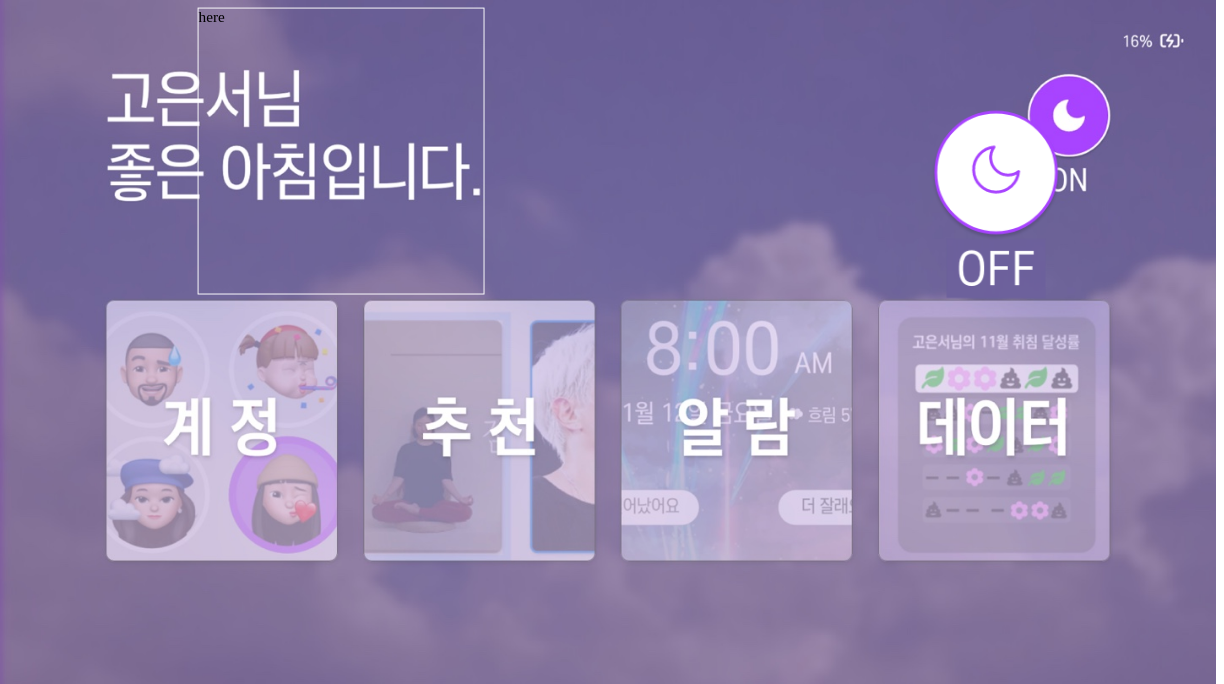
Repository: meanz1/SE_SleepWithMe
Page: SmartTVWorkspace/testapp/button.html
These files come from the project's save history. The page is drawn as it stood at one moment and after the next save; the edit follows.
The browser window is 1280 px wide. The page is 1288 px wide, so the pictures cover 1288 px, including what lies to the right of the window. The pictures show the whole page, at 95% of full size.

Above is the page before, as saved 2021-11-18 07:35:19.

### SmartTVWorkspace/testapp/button.html

<!DOCTYPE html>
<html>
<head>
<title>Example Web App</title>
<style type="text/css">
    body {
        background-image:url('main.jpg');
        background-repeat: no-repeat;
        background-size: cover;
        height: 100%;
        width: 100%;
    }
    .sleepON {
    	font-size: 50px;
    	text-align: center;
    }
    img {
    	float: right;
    	margin-top: 107px;
    	margin-right: 170px;
    }
    #cursor {
    	width: 300px;
    	height: 300px;
    	border: 1px solid white;
    	margin-left: 200px;
    	margin-up: 500px;
    }
</style>
<script type="text/javascript">
	function sleepon(){
		document.getElementById("officon").style.visibility = "hidden";
		window.location.href = "index.html";
	}



</script>
</head>
<body>

	<img id="officon" src="sleepoff.png" onclick="sleepon()"/>
	<div id="cursor">here</div>
</body>
</html>

After the next save:
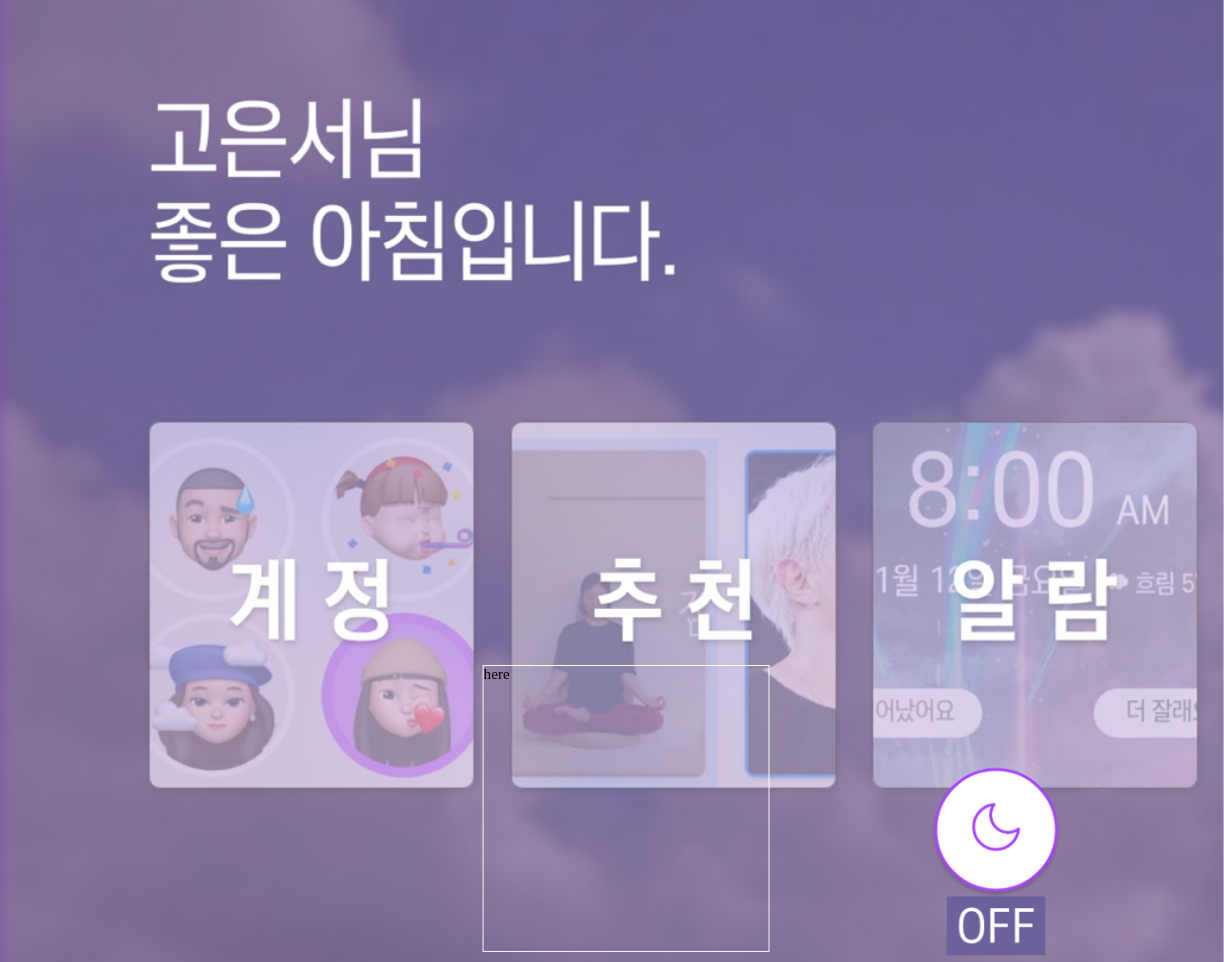
Saved 65 s later.
--- a/SmartTVWorkspace/testapp/button.html
+++ b/SmartTVWorkspace/testapp/button.html
@@ -24,8 +24,8 @@
     	width: 300px;
     	height: 300px;
     	border: 1px solid white;
-    	margin-left: 200px;
-    	margin-up: 500px;
+    	margin-left: 500px;
+    	margin-top: 700px;
     }
 </style>
 <script type="text/javascript">
